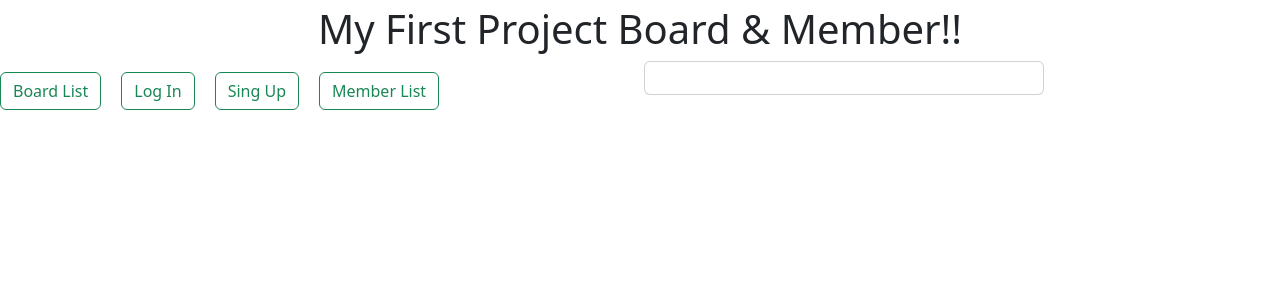
Repository: Raneechoi/java2022_09_03
Page: http://localhost/Project/mem/login_auth
These files come from the project's save history. The page is drawn as it stood at one moment and after the next save; the edit follows.
The browser window is 1280 px wide. The pictures show the whole page.
The page is served by Tomcat 9. Other server files are loaded and not shown. Queries for data that is not in the repository find no rows.

Above is the page before, as saved 2022-12-08 06:08:40.

### JSP_Board&Member/Project/src/main/webapp/index.jsp
<%@ page language="java" contentType="text/html; charset=UTF-8"
    pageEncoding="UTF-8"%>
<%@ taglib uri="http://java.sun.com/jsp/jstl/core" prefix="c" %>
<!DOCTYPE html>
<html>
<head>
<meta charset="UTF-8">
<title>Insert title here</title>
<!-- CSS only -->
<link href="https://cdn.jsdelivr.net/npm/bootstrap@5.2.2/dist/css/bootstrap.min.css" rel="stylesheet" integrity="sha384-Zenh87qX5JnK2Jl0vWa8Ck2rdkQ2Bzep5IDxbcnCeuOxjzrPF/et3URy9Bv1WTRi" crossorigin="anonymous">
<!-- JavaScript Bundle with Popper -->
<script src="https://cdn.jsdelivr.net/npm/bootstrap@5.2.2/dist/js/bootstrap.bundle.min.js" integrity="sha384-OERcA2EqjJCMA+/3y+gxIOqMEjwtxJY7qPCqsdltbNJuaOe923+mo//f6V8Qbsw3" crossorigin="anonymous"></script>
</head>
<body>
<div style="margin-top: 5px">
	<h1 style="text-align: center;">My First Project Board & Member!!</h1>
</div>

<div style="width: 600px; display:inline-flex; margin-right: 10px">
		<a href="/bor/pageList" style="margin-right: 20px"><button class="btn btn-outline-success">Board List</button></a>
		<a href="/mem/login" style="margin-right: 20px"><button class="btn btn-outline-success">Log In</button></a>
		<a href="/mem/join" style="margin-right: 20px"><button class="btn btn-outline-success">Sing Up</button></a>
		<a href="/mem/list" ><button class="btn btn-outline-success">Member List</button></a>
</div>

<div class="card" style="width: 400px; display:inline-block; margin-left:30px; ">
	 <div class="card-body">
		<c:if test="${ses.email ne null && ses.email ne '' }">
			${ses.email } login 하였습니다. <br>
			계정생성일 : ${ses.reg_at } <br>
			마지막 접속 : ${ses.last_login } <br>
			<a href="/mem/modify?email=${ses.email }"><button type="button" class="btn btn-success" style="margin-top: 20px">회원정보 수정</button></a>
			<a href="/mem/logout?email=${ses.email }"><button type="button" class="btn btn-secondary" style="margin-top: 20px">로그아웃</button></a><br>
		</c:if>

		<c:if test="${ses.email ne null && ses.email ne '' }">
			<a href="/bor/register" ><button class="btn btn-success" style="margin-top: 20px">Board Register</button></a>
			<a href="/bor/list"><button class="btn btn-success" style="margin-top: 20px">My Board List</button></a><br>
		</c:if>
	</div>
</div>


<div >
	<c:if test="${ses.email ne null && ses.email ne '' }">
		<a href="/mem/remove?email=${ses.email }"><button class="btn btn-outline-secondary">회원탈퇴</button></a>
	</c:if>
</div>
</body>
</html>

### JSP_Board&Member/Project/src/main/java/controller/MemberController.java
package controller;

import java.io.IOException;
import java.util.List;

import javax.servlet.RequestDispatcher;
import javax.servlet.ServletException;
import javax.servlet.annotation.WebServlet;
import javax.servlet.http.HttpServlet;
import javax.servlet.http.HttpServletRequest;
import javax.servlet.http.HttpServletResponse;
import javax.servlet.http.HttpSession;

import org.slf4j.Logger;
import org.slf4j.LoggerFactory;

import domain.MemberVO;
import service.MemberService;
import service.MemberServiceImpl;


@WebServlet("/mem/*")
public class MemberController extends HttpServlet {
	private static final long serialVersionUID = 1L;
	private static final Logger log = LoggerFactory.getLogger(MemberController.class);
    private RequestDispatcher rdp;
    private String destPage; //목적지 주소 기록 변수
    private int isOK;

    private MemberService msv; // interface로 생성 - service패키지에

    public MemberController() {
    	msv = new MemberServiceImpl();
    }

	protected void service(HttpServletRequest req, HttpServletResponse res) throws ServletException, IOException {
		req.setCharacterEncoding("utf-8");
		res.setCharacterEncoding("utf-8");
		res.setContentType("text/html; charset=utf-8");

		String uri = req.getRequestURI();
		String path = uri.substring(uri.lastIndexOf("/")+1);

		log.info(">>> URI > "+uri);
		log.info(">>> Path > "+path);
		switch (path) {
		case "login":
			destPage = "/member/login.jsp";
			break;

		case "login_auth":
			try {
				MemberVO mvo = msv.login(
						new MemberVO(
								req.getParameter("email"),
								req.getParameter("pwd")
								));
				log.info("login 객체 input");
				if(mvo != null) {
					//세션 가져오기. 연결된 세션이 없다면 새로 생성
					HttpSession ses = req.getSession();
					//ses로 mvo를 바인딩
					ses.setAttribute("ses", mvo);
					ses.setMaxInactiveInterval(10*60);  // 로그인 유지시간(10분)
				}else {
					req.setAttribute("msg_login", 0);
				}
				destPage="/";

			} catch (Exception e) {
				// TODO: handle exception
				e.printStackTrace();
			}
			break;

		case "join":
			try {
				destPage = "/member/join.jsp";
			} catch (Exception e) {
				e.printStackTrace();
			}
			break;

		case "register":
			isOK = msv.register(new MemberVO(
					req.getParameter("email"),
					req.getParameter("pwd"),
					req.getParameter("nick_name")
					));
			log.info(">>> join > "+(isOK > 0 ?"ok" :"fail"));
			destPage="login";
			break;

		case "logout":
			// 연결된 세션이 있다면 해당 세션을 가져오기
			try {
				HttpSession ses = req.getSession();
				ses.invalidate();  // 세션 끊기
				// 로그인된 email을 주고 로그인 시간 update
				isOK = msv.lastLogin(req.getParameter("email"));
				log.info(">>> lastLogin > "+(isOK > 0 ?"ok" :"fail"));
				destPage="/index.jsp";
			} catch (Exception e) {
				e.printStackTrace();
			}
			break;

		case "list":
			try {
				List<MemberVO> list = msv.getlist();
				req.setAttribute("list", list);
				destPage="/member/list.jsp";
			} catch (Exception e) {
				e.printStackTrace();
			}
			break;

		case "modify":
			try {
				log.info("modify check 1");
				MemberVO mvo = msv.selectOne(req.getParameter("email"));
				req.setAttribute("mvo", mvo);

				log.info("modify check 2");
				destPage = "/member/update.jsp";
			} catch (Exception e) {
				e.printStackTrace();
			}
			break;

		case "update":
			try {
				MemberVO mvo = new MemberVO(req.getParameter("email"), req.getParameter("pwd"), req.getParameter("nick_name"));
				int isOk = msv.update(mvo);
				destPage = "/";
			} catch (Exception e) {
				e.printStackTrace();
			}
			break;

		case "remove":
			try {
				HttpSession ses = req.getSession();
				ses.invalidate();  // 세션 끊기
				// 로그인된 email을 주고 로그인 시간 update
				isOK = msv.remove(req.getParameter("email"));
				log.info(">>> remove > "+(isOK > 0 ?"ok" :"fail"));
				destPage="/";

			} catch (Exception e) {
				e.printStackTrace();
			}
			break;

		default:
			break;
		}
		// 목적지 주소 값 세팅
		rdp = req.getRequestDispatcher(destPage);
		// 정보 싣고 보내기
		rdp.forward(req, res);
	}

	protected void doGet(HttpServletRequest req, HttpServletResponse res) throws ServletException, IOException {
		service(req, res);
	}

	protected void doPost(HttpServletRequest req, HttpServletResponse res) throws ServletException, IOException {
		service(req, res);
	}
}

### JSP_Board&Member/Project/src/main/java/service/MemberServiceImpl.java
package service;

import java.util.List;

import org.slf4j.Logger;
import org.slf4j.LoggerFactory;

import controller.MemberController;
import domain.MemberVO;
import repository.MemberDAO;
import repository.MemberDAOImpl;

public class MemberServiceImpl implements MemberService {

	private MemberDAO mdao;
	private static final Logger log = LoggerFactory.getLogger(MemberController.class);

	public MemberServiceImpl() {
		mdao = new MemberDAOImpl();
	}

	@Override
	public MemberVO login(MemberVO mvo) {
		log.info("login check 2");
		return mdao.selectOne(mvo);
	}

	@Override
	public int register(MemberVO mvo) {
		log.info("register check 2");
		return mdao.insert(mvo);
	}

	@Override
	public int lastLogin(String email) {
		log.info("lastLogin check 2");
		return mdao.update(email);
	}

	@Override
	public List<MemberVO> getlist() {
		log.info("list check 2");
		return mdao.listall();
	}

	@Override
	public int modify(MemberVO mvo) {
		log.info("modify check 2");
		return mdao.update(mvo);
	}

	@Override
	public MemberVO selectOne(String email) {
		// TODO Auto-generated method stub
		return mdao.selectOne(email);
	}

	@Override
	public int update(MemberVO mvo) {
		// TODO Auto-generated method stub
		return mdao.update(mvo);
	}

	@Override
	public int remove(String email) {
		// TODO Auto-generated method stub
		return mdao.remove(email);
	}
}

### JSP_Board&Member/Project/src/main/java/repository/MemberDAO.java
package repository;

import java.util.List;

import domain.MemberVO;

public interface MemberDAO {

	MemberVO selectOne(MemberVO mvo);

	int insert(MemberVO mvo);

	int update(String email);

	List<MemberVO> listall();

	int update(MemberVO mvo);

	MemberVO selectOne(String email);

	int remove(String email);

}

### JSP_Board&Member/Project/src/main/java/repository/MemberDAOImpl.java
package repository;

import java.util.List;

import org.apache.ibatis.session.SqlSession;
import org.slf4j.Logger;
import org.slf4j.LoggerFactory;

import domain.MemberVO;
import orm.DatabaseBuilder;

public class MemberDAOImpl implements MemberDAO {

	private static final Logger log = LoggerFactory.getLogger(MemberDAOImpl.class);
	private SqlSession sql;
	private final String NS = "MemberMapper.";

	public MemberDAOImpl() {
		new DatabaseBuilder();
		sql = DatabaseBuilder.getFactory().openSession();
	}

	@Override
	public MemberVO selectOne(MemberVO mvo) {
		log.info("login check 3");
		return sql.selectOne(NS+"login",mvo);
	}

	@Override
	public int insert(MemberVO mvo) {
		log.info("join check 3");
		int isOK = sql.insert(NS+"reg",mvo);
		if(isOK > 0) {
			sql.commit();
		}
		return isOK;
	}

	@Override
	public int update(String email) {
		log.info("lastLogin check 3");
		int isOK = sql.update(NS+"last", email);
		if(isOK > 0) sql.commit();
		return isOK;
	}

	@Override
	public List<MemberVO> listall() {
		log.info("list check 3");
		return sql.selectList(NS+"list");
	}

	@Override
	public int update(MemberVO mvo) {
		log.info("modify check 3");
		int isOK = sql.update(NS+"modify",mvo);
		if(isOK > 0) sql.commit();
		return isOK;
	}

	@Override
	public MemberVO selectOne(String email) {
		// TODO Auto-generated method stub
		return sql.selectOne(NS+"getOne", email);
	}

	@Override
	public int remove(String email) {
		// TODO Auto-generated method stub
		int isOK = sql.delete(NS+"remove",email);
		if(isOK > 0) sql.commit();
		return isOK;
	}

}

### JSP_Board&Member/Project/src/main/java/orm/DatabaseBuilder.java
package orm;

import org.apache.ibatis.io.Resources;
import org.apache.ibatis.session.SqlSessionFactory;
import org.apache.ibatis.session.SqlSessionFactoryBuilder;

public class DatabaseBuilder {

	private static SqlSessionFactory factory;

	static {
		try {
			factory = new SqlSessionFactoryBuilder()
					.build(Resources.getResourceAsReader("orm/MybatisConfig.xml"));
		} catch (Exception e) {
			e.printStackTrace();
		}
	}

	public static SqlSessionFactory getFactory() {
		return factory;
	}

}

### JSP_Board&Member/Project/src/main/java/domain/MemberVO.java
package domain;

public class MemberVO {

	private String email;
	private String pwd;
	private String nick_name;
	private String reg_at;
	private String last_login;

	public MemberVO() {}

	//login : email, pwd
	public  MemberVO(String email, String pwd) {
		this.email = email;
		this.pwd = pwd;
	}

	// join,modify : email, pwd, nick_name
	public MemberVO(String email, String pwd, String nick_name) {
		this.email = email;
		this.pwd = pwd;
		this.nick_name = nick_name;
	}

	// list : all
	public MemberVO(String email, String pwd, String nick_name, String reg_at, String last_login) {
		this.email = email;
		this.pwd = pwd;
		this.nick_name = nick_name;
		this.reg_at = reg_at;
		this.reg_at = last_login;
	}

	public String getEmail() {
		return email;
	}

	public void setEmail(String email) {
		this.email = email;
	}

	public String getPwd() {
		return pwd;
	}

	public void setPwd(String pwd) {
		this.pwd = pwd;
	}

	public String getNick_name() {
		return nick_name;
	}

	public void setNick_name(String nick_name) {
		this.nick_name = nick_name;
	}

	public String getReg_at() {
		return reg_at;
	}

	public void setReg_at(String reg_at) {
		this.reg_at = reg_at;
	}

	public String getLast_login() {
		return last_login;
	}

	public void setLast_login(String last_login) {
		this.last_login = last_login;
	}

}

### JSP_Board&Member/Project/src/main/java/domain/BoardVO.java
package domain;

public class BoardVO {

	private int bno;
	private String title;
	private String writer;
	private String content;
	private String reg_date;
	private int read_count;
	private String image_file;

	public BoardVO() {}

	// insert(title, writer, content)
	public BoardVO(String title, String writer, String content) {
		this.title = title;
		this.writer = writer;
		this.content = content;
	}

	// list(bno, title, writer, reg_date, read_count)
	public BoardVO(int bno, String title, String writer, String reg_date, int read_count) {
		this.bno = bno;
		this.title = title;
		this.writer = writer;
		this.reg_date = reg_date;
		this.read_count = read_count;
	}

	// detail (all)
	public BoardVO(int bno, String title, String writer, String content, String reg_date, int read_count, String image_file) {
		this.bno = bno;
		this.title = title;
		this.writer = writer;
		this.content = content;
		this.reg_date = reg_date;
		this.read_count = read_count;
		this.image_file = image_file;
	}

	// update(bno, title, content)
	public BoardVO(int bno, String title, String content) {
		this.bno = bno;
		this.title = title;
		this.content = content;
	}

	//(bno, read_count)
	public BoardVO(int bno, int read_count) {
		this.bno = bno;
		this.read_count = read_count;
	}

	public int getBno() {
		return bno;
	}

	public void setBno(int bno) {
		this.bno = bno;
	}

	public String getTitle() {
		return title;
	}

	public void setTitle(String title) {
		this.title = title;
	}

	public String getWriter() {
		return writer;
	}

	public void setWriter(String writer) {
		this.writer = writer;
	}

	public String getContent() {
		return content;
	}

	public void setContent(String content) {
		this.content = content;
	}

	public String getReg_date() {
		return reg_date;
	}

	public void setReg_date(String reg_date) {
		this.reg_date = reg_date;
	}

	public int getRead_count() {
		return read_count;
	}

	public void setRead_count(int read_count) {
		this.read_count = read_count;
	}

	public String getImage_file() {
		return image_file;
	}

	public void setImage_file(String image_file) {
		this.image_file = image_file;
	}

}

### JSP_Board&Member/Project/src/main/java/domain/PagingVO.java
package domain;

public class PagingVO {

	private int pageNo;  // 현재 화면에 출력되는 페이지네이션 번호
	private int qty;     // 한 페이지당 보여줄 게시글 수

	public PagingVO() {  // 페이지네이션을 클릭하기 전 기본 리스트 출력 값
		this(1,10);
	}

	public PagingVO(int pageNo, int qty) {
		this.pageNo = pageNo;
		this.qty = qty;
	}

	public int getPageStart() {
		return (this.pageNo-1)*qty;   // 시작페이지 번호 구하기
	}

	public int getPageNo() {
		return pageNo;
	}

	public void setPageNo(int pageNo) {
		this.pageNo = pageNo;
	}

	public int getQty() {
		return qty;
	}

	public void setQty(int qty) {
		this.qty = qty;
	}


}

### JSP_Board&Member/Project/src/main/java/domain/CommentVO.java
package domain;

public class CommentVO {

	private int cno;
	private int bno;
	private String writer;
	private String content;
	private String reg_at;

	public CommentVO() { }

	// post(bno, writer, content)
	public CommentVO(int bno, String writer, String content) {
		this.bno = bno;
		this.writer = writer;
		this.content = content;
	}

	// modify
	public CommentVO(int cno, String content) {
		this.cno = cno;
		this.content = content;
	}

	// list(bno, cno, writer, content, reg_at)
	public CommentVO(int cno, int bno, String writer, String content, String reg_at) {
		this.cno = cno;
		this.bno = bno;
		this.writer = writer;
		this.content = content;
		this.reg_at = reg_at;
	}

	public int getCno() {
		return cno;
	}

	public void setCno(int cno) {
		this.cno = cno;
	}

	public int getBno() {
		return bno;
	}

	public void setBno(int bno) {
		this.bno = bno;
	}

	public String getWriter() {
		return writer;
	}

	public void setWriter(String writer) {
		this.writer = writer;
	}

	public String getContent() {
		return content;
	}

	public void setContent(String content) {
		this.content = content;
	}

	public String getReg_at() {
		return reg_at;
	}

	public void setReg_at(String reg_at) {
		this.reg_at = reg_at;
	}


}

After the next save:
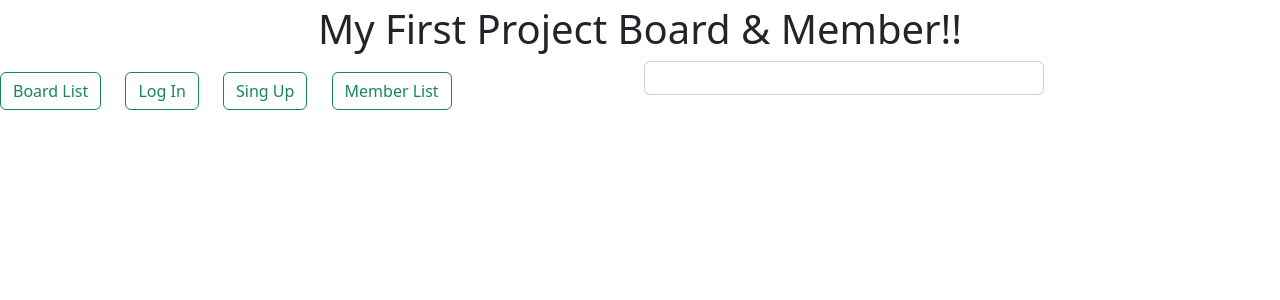
Saved 19 s later.
--- a/JSP_Board&Member/Project/src/main/webapp/index.jsp
+++ b/JSP_Board&Member/Project/src/main/webapp/index.jsp
@@ -16,7 +16,7 @@
 	<h1 style="text-align: center;">My First Project Board & Member!!</h1>
 </div>
 
-<div style="width: 600px; display:inline-flex; margin-right: 10px">
+<div style="width: 600px; display:inline-block; margin-right: 10px">
 		<a href="/bor/pageList" style="margin-right: 20px"><button class="btn btn-outline-success">Board List</button></a>
 		<a href="/mem/login" style="margin-right: 20px"><button class="btn btn-outline-success">Log In</button></a>
 		<a href="/mem/join" style="margin-right: 20px"><button class="btn btn-outline-success">Sing Up</button></a>
